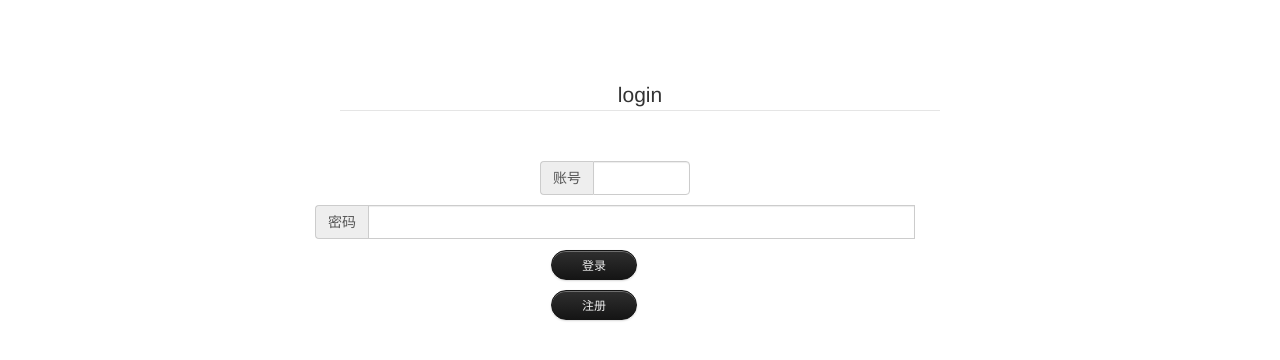
Repository: silzx/learning
Page: http://localhost/MyBatis/
These files come from the project's save history. The page is drawn as it stood at one moment and after the next save; the edit follows.
The browser window is 1280 px wide. The pictures show the whole page.
The page is served by Tomcat 9.

Above is the page before, as saved 2017-11-13 02:28:55.
Console error (its wording comes from the project's code and is left out).

After the next save:
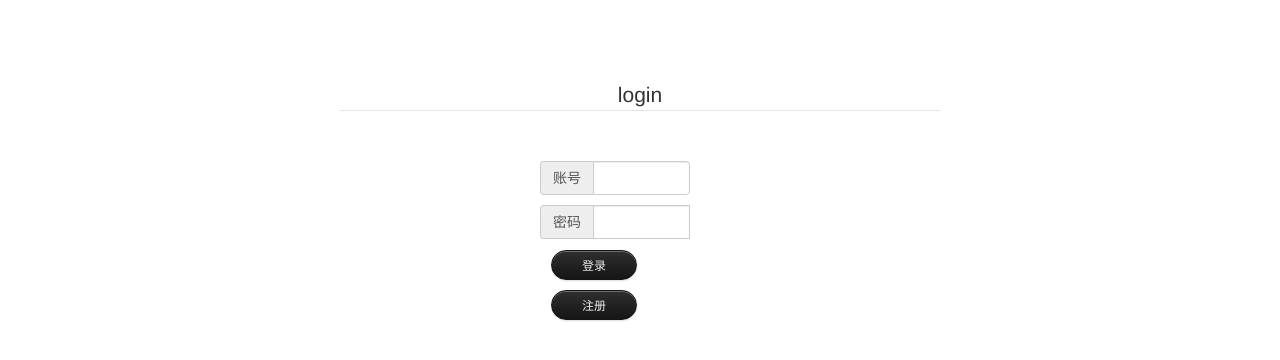
Saved 10 s later.
--- a/MyBatis/WebContent/index.jsp
+++ b/MyBatis/WebContent/index.jsp
@@ -72,7 +72,7 @@ String basePath = request.getScheme()+"://"+request.getServerName()+":"+request.
 					<input type="text" name="u.name" class="form-control" value="<%=name %>">
 				</div>
 				<p/>
-				<div id="pad" class="input-group " >
+				<div id="pad" class="input-group " style="width: 25%">
 					<span class="input-group-addon">密码</span>
 					<input type="password" name="u.pwd" class="form-control" ><p><br/>
 				</div>
